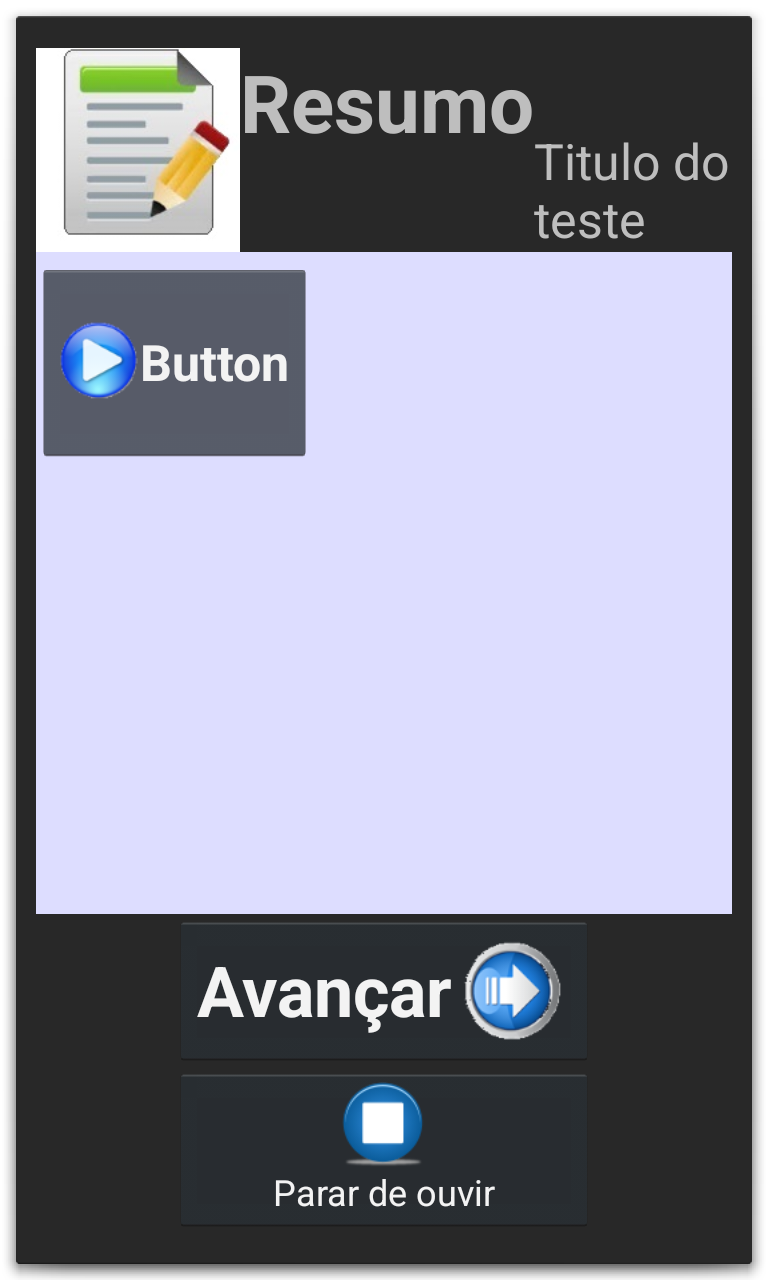
Repository: iptomar/letrinhas_documentacao
Layout: Letrinhas/APP/Prototipos/Letrinhas05/res/layout/resumo_submissoes.xml
An editor plug-in stored every save of this project. The layout is shown before and after the next save, followed by the edit.
It is drawn on a 768 x 1280 px phone screen (xhdpi) without system bars, with theme android:Theme.Holo.Dialog.NoActionBar; the app's code is not run.

Above is the layout before, as saved 2014-05-21 20:08:32.

### Letrinhas/APP/Prototipos/Letrinhas05/res/layout/resumo_submissoes.xml
<RelativeLayout xmlns:android="http://schemas.android.com/apk/res/android"
    xmlns:tools="http://schemas.android.com/tools"
    android:id="@+id/resSub"
    android:layout_width="match_parent"
    android:layout_height="match_parent"
    android:paddingBottom="@dimen/activity_vertical_margin"
    android:paddingLeft="10sp"
    android:paddingRight="10sp"
    android:paddingTop="@dimen/activity_vertical_margin"
    tools:context="com.letrinhas05.ResumoSubmissoes" >

    <TextView
        android:id="@+id/rSCabecalho"
        android:layout_width="wrap_content"
        android:layout_height="wrap_content"
        android:layout_alignParentLeft="true"
        android:layout_alignParentTop="true"
        android:drawableLeft="@drawable/index"
        android:text="@string/resumo"
        android:textSize="40sp"
        android:textStyle="bold" />

    <TextView
        android:id="@+id/rsTituloTeste"
        android:layout_width="wrap_content"
        android:layout_height="wrap_content"
        android:layout_alignBottom="@+id/rSCabecalho"
        android:layout_toRightOf="@+id/rSCabecalho"
        android:text="Titulo do teste"
        android:textSize="25sp" />

    <ScrollView
        android:id="@+id/svResumo"
        android:layout_width="wrap_content"
        android:layout_height="wrap_content"
        android:layout_above="@+id/rsAvancar"
        android:layout_alignLeft="@+id/rSCabecalho"
        android:layout_alignParentRight="true"
        android:layout_below="@+id/rSCabecalho"
        android:background="#ddddff" >

        <LinearLayout
            android:id="@+id/llResumo"
            android:layout_width="match_parent"
            android:layout_height="wrap_content"
            android:orientation="vertical" >

            <Button
                android:id="@+id/rsBtnOriginal"
                android:layout_width="wrap_content"
                android:layout_height="100sp"
                android:layout_marginBottom="10sp"
                android:layout_marginTop="5sp"
                android:drawableLeft="@drawable/play"
                android:text="Button"
                android:textSize="25sp"
                android:textStyle="bold" />
        </LinearLayout>
    </ScrollView>

    <Button
        android:id="@+id/rsAvancar"
        android:layout_width="wrap_content"
        android:layout_height="wrap_content"
        android:layout_above="@+id/resBtnParar"
        android:layout_centerHorizontal="true"
        android:drawableRight="@drawable/right"
        android:text="@string/avancar"
        android:textSize="35sp"
        android:textStyle="bold" />

    <Button
        android:id="@+id/resBtnParar"
        android:layout_width="wrap_content"
        android:layout_height="wrap_content"
        android:layout_alignLeft="@+id/rsAvancar"
        android:layout_alignParentBottom="true"
        android:layout_alignRight="@+id/rsAvancar"
        android:drawableTop="@drawable/stopaudio"
        android:text="@string/pararRep" />

</RelativeLayout>

### Letrinhas/APP/Prototipos/Letrinhas05/res/values/strings.xml
<?xml version="1.0" encoding="utf-8"?>
<resources>

    <string name="app_name">Letrinhas05</string>
    <string name="entrar">Entrar</string>
    <string name="letrinhas">Letrinhas 0.5 </string>
    <string name="Recording">A gravar</string>
    <string name="start">Começar</string>
    <string name="stop">Parar</string>
    <string name="play">Ouvir</string>
    <string name="title_item_list">Items</string>
    <string name="title_item_detail">Item Detail</string>
    <string name="title_activity_escolhe_teste">Escolher Teste</string>
    <string name="action_settings">Settings</string>
    <string name="sair">sair</string>
    <string name="voltar">voltar</string>
    <string name="teste">Teste</string>
    <string name="title_activity_esc_modo">Escolher Modo do teste</string>
    <string name="escolhe_Modo">Escolher o Modo do teste a realizar</string>
    <string name="porAluno">Por Aluno</string>
    <string name="porProf">Por Professor</string>
    <string name="title_activity_leitura_texto">Leitura de Textos</string>
    <string name="title_activity_leitura_palavras">Leitura de Palavras</string>
    <string name="concetList">ConectList</string>
    <string name="title_activity_texto">Teste de texto</string>
    <string name="title_activity_teste_texto">Teste de texto</string>
    <string name="title_activity_teste__imagem">Teste de imagens</string>
    <string name="title_activity_teste__palavras">Teste de palavras</string>
    <string name="title_activity_teste__poema">Teste de poema</string>
    <string name="login_title">Login Screen</string>
    <string name="username">Username</string>
    <string name="password">Password</string>
    <string name="login">Login</string>
    <string name="title_activity_autenticacao">Autenticacao</string>
    <string name="min"></string>
    <string name="sec"></string>
    <string name="vacilar">Vacilações</string>
    <string name="fragment">Fragmentações</string>
    <string name="silabac">Silabações</string>
    <string name="repeti">Repetições</string>
    <string name="exepriment">experiência</string>
    <string name="menos">menos</string>
    <string name="mais">mais</string>
    <string name="espaco">"                        "</string>
    <string name="numer">20</string>
    <string name="pErrada">P. Erradas:</string>
    <string name="btnback">Voltar</string>
    <string name="title_activity_all__tests">Todos os Testes</string>
    <string name="btnMainAllTest">Todos os Testes</string>
    <string name="btnMainSendResult">Criar e enviar Resultado de Teste</string>
    <string name="btnSendResult">Enviar Resultado</string>
    <string name="title_activity_send__result_test">Enviar Resultado de Teste</string>
    <string name="lb_mainIpServidor">IP do Servidor:</string>
    <string name="mainPorta">Porta:</string>
    <string name="title_activity_receber_imagem">ReceberImagem</string>
    <string name="btnReceberImagem">Ver imagem da BD Profs</string>
    <string name="title_activity_reprod_audio">ReprodAudio</string>
    <string name="title_activity_main_bd">MainBD</string>
    <string name="pontErrada">Pontuação</string>
    <string name="PalavraErrada">Palavra Errada</string>
    <string name="CancelarSeleccao">Cancelar Seleccao</string>
    <string name="title_activity_resultado">Resultado</string>
    <string name="resultado">Resultado do teste</string>
    <string name="avancar">Avançar</string>
    <string name="act_BD">Atualizar a Base de Dados</string>
    <string name="title_activity_escolhe_escola">Escolher Escola</string>
    <string name="escola">escola</string>
    <string name="title_activity_escolhe_disciplina">Escolher disciplina</string>
    <string name="ano">ano</string>
    <string name="title_activity_escolhe_aluno">Escolher Aluno</string>
    <string name="aluno">Aluno</string>
    <string name="title_activity_escolhe_professor">Escolher Professor</string>
    <string name="professor">Professor</string>
    <string name="nomeTeste">Nome do teste</string>
    <string name="tempoLeitura">Tempo de leitura</string>
    <string name="expressividade">Expressividade</string>
    <string name="ritmo">Ritmo</string>
    <string name="nota">Nota</string>
    <string name="perguntaImagem">perguntaImagem</string>
    <string name="title_activity_custom">Custom</string>
    <string name="portugues">Português</string>
    <string name="ingles">Inglês</string>
    <string name="estMeio">Estudo do meio</string>
    <string name="matematica">Matemática</string>
    <string name="escolheDisciplina">Escolhe a disciplina</string>
    <string name="agrupamento">Agrupamento Artur Gonçalves</string>
    <string name="escProfessor">Escolher professor</string>
    <string name="title_activity_escolhe_turma">Escolher Turma</string>
    <string name="hello_world">Hello world!</string>
    <string name="escolherTurma">Escolher Turma</string>
    <string name="escolherAluno">Escolher Aluno</string>
    <string name="escolherModo">Escolher modo</string>
    <string name="realizarTeste">Realizar teste(s)</string>
    <string name="corrigirTeste">Corrigir teste(s)</string>
    <string name="title_activity_escolhe_tipo_teste">Escolher Tipo de Teste</string>
    <string name="escolheTipoTeste">Escolher Tipo de Teste</string>
    <string name="demo">Demo</string>
    <string name="iniciar">Iniciar</string>
    <string name="ExemploTexto">Alfabetização\n
        A alfabetização consiste no aprendizado do alfabeto e de sua utilização como código de comunicação. De um modo mais abrangente, a alfabetização é definida como um processo no qual o indivíduo constrói a gramática e em suas variações. Esse processo não se resume apenas na aquisição dessas habilidades mecânicas (codificação e decodificação) do acto de ler, mas na capacidade de interpretar, compreender, criticar, resignificar e produzir conhecimento.1 Todas essas capacidades citadas anteriormente só serão concretizadas se os alunos tiverem acesso a todos os tipos de portadores de textos. O aluno precisa encontrar os usos sociais da leitura e da escrita.2 A alfabetização envolve também o desenvolvimento de novas formas de compreensão e uso da linguagem de uma maneira geral.\n
        A alfabetização de um indivíduo promove sua socialização, já que possibilita o estabelecimento de novos tipos de trocas simbólicas com outros indivíduos, acesso a bens culturais e a facilidades oferecidas pelas instituições sociais. A alfabetização é um fator propulsor do exercício consciente da cidadania e do desenvolvimento da sociedade como um todo.\n
        A incapacidade de ler e escrever é denominada analfabetismo, enquanto que a incapacidade de interpretar textos simples é chamada analfabetismo funcional ou semianalfabetismo.</string>
    <string name="ExemploPoema">    Ó lua que vais tão alta,\n
Redonda como um tamanco!\n
Ó Maria, traz cá a escada,\n
Que eu não chego lá com um banco.\n
\n
A minha mãe fez um bolo de alfazema.\n
Pedi-lhe uma fatia, e ela deu-ma!\n
\n
Da minha casa à tua\n
vai uma grande distância,\n
Cuidado pelo caminho, \n
não vás escorregar numa casaca de melância!\n
\n
 o meu nome é dionísio\n
pediram-me para fazer um poema, e fízi-o.\n
</string>
    <string name="title_activity_listar_submissoes">Listar Submissoes</string>
    <string name="corrigirSubmisoes">Escolher testes a corrigir</string>
    <string name="cancel">cancelar</string>
    <string name="title_activity_resumo_submissoes">Resumo Submissoes</string>
    <string name="resumo">Resumo</string>
    <string name="pararRep">Parar de ouvir</string>
    <string name="title_activity_relatas_correction">RelatasCorrection</string>

</resources>

Loaded but not shown: Letrinhas/APP/Prototipos/Letrinhas05/res/values/dimens.xml (common file)

After the next save:
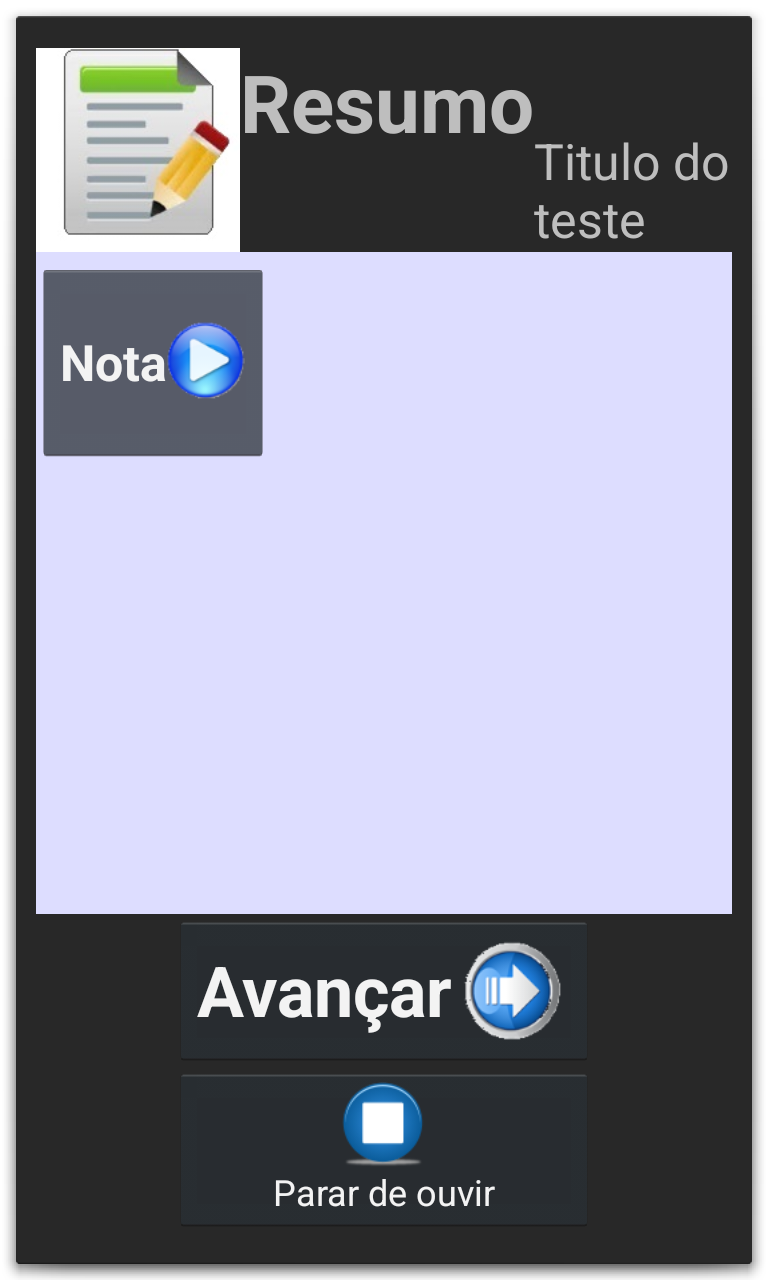
Saved 16 min 9 s later.
--- a/Letrinhas/APP/Prototipos/Letrinhas05/res/layout/resumo_submissoes.xml
+++ b/Letrinhas/APP/Prototipos/Letrinhas05/res/layout/resumo_submissoes.xml
@@ -51,10 +51,11 @@
                 android:layout_height="100sp"
                 android:layout_marginBottom="10sp"
                 android:layout_marginTop="5sp"
-                android:drawableLeft="@drawable/play"
-                android:text="Button"
+                android:drawableRight="@drawable/play"
+                android:text="@string/nota"
                 android:textSize="25sp"
                 android:textStyle="bold" />
+
         </LinearLayout>
     </ScrollView>
 
